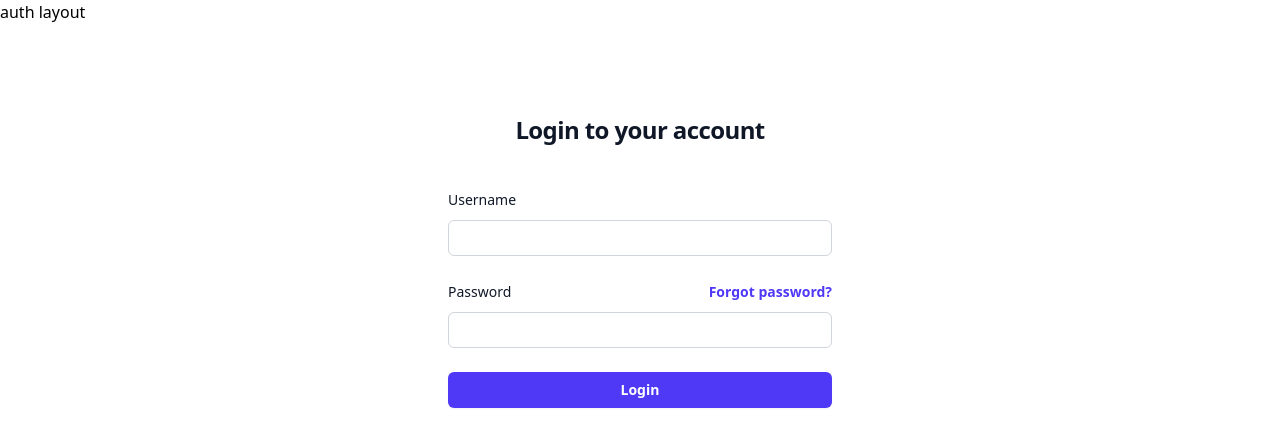
Repository: fuad303/karokhy-frontend
Page: /login
These files come from the project's save history. The page is drawn as it stood at one moment and after the next save; the edit follows.
The browser window is 1280 px wide. The pictures show the whole page.
The project was rebuilt for these pictures with package versions that can differ from the ones it lists, and the page was loaded fresh each time. Also part of the build but not shown: vite.config.ts, src/layouts/MainLayout.tsx, src/pages/Home.tsx.

Above is the page before, as saved 2025-12-08 12:32:39.

### index.html
<!doctype html>
<html lang="en">
  <head>
    <meta charset="UTF-8" />
    <link rel="icon" type="image/svg+xml" href="/vite.svg" />
    <meta name="viewport" content="width=device-width, initial-scale=1.0" />
    <title>karokhyfront</title>
  </head>
  <body>
    <div id="root"></div>
    <script type="module" src="/src/main.tsx"></script>
  </body>
</html>

### src/main.tsx
import { StrictMode } from "react";
import { createRoot } from "react-dom/client";
import "./index.css";
import { RouterProvider } from "react-router-dom";
import { router } from "./router/router";
import { AppProvider } from "./context/Context";

createRoot(document.getElementById("root")!).render(
  <StrictMode>
    <AppProvider>
      <RouterProvider router={router} />
    </AppProvider>
  </StrictMode>
);

### src/router/router.tsx
import { createBrowserRouter } from "react-router-dom";
import MainLayout from "../layouts/MainLayout";
import Home from "../pages/Home";
import Login from "../pages/Login";
import AuthLayout from "../layouts/AuthLayout";
import { Loader } from "../loader/loader";

export const router = createBrowserRouter([
  {
    element: <MainLayout />,
    children: [
      { path: "/", element: <Home />, loader: Loader.dashboardLoader },
    ],
  },
  {
    element: <AuthLayout />,
    children: [{ path: "/login", element: <Login /> }],
  },
]);

### src/context/Context.tsx
/* eslint-disable react-refresh/only-export-components */

import { createContext, useContext, useState } from "react";

interface AppContextInterface {
  backendErrorPopup: boolean;
  setBackendErrorPopup: React.Dispatch<React.SetStateAction<boolean>>;
}

const AppContext = createContext<AppContextInterface | null>(null);

export const AppProvider = ({ children }: { children: React.ReactNode }) => {
  const [backendErrorPopup, setBackendErrorPopup] = useState(false);

  return (
    <AppContext.Provider value={{ backendErrorPopup, setBackendErrorPopup }}>
      {children}
    </AppContext.Provider>
  );
};

export const useApp = () => {
  const ctx = useContext(AppContext);
  if (!ctx) throw new Error("useApp must be used inside AppProvider");
  return ctx;
};

### src/pages/Login.tsx
import LoginPage from "../components/LoginPage";

const Login = () => {
  return (
    <>
      <LoginPage />
    </>
  );
};

export default Login;

### src/layouts/AuthLayout.tsx
import { Outlet } from "react-router-dom";

const AuthLayout = () => {
  return (
    <div>
      auth layout
      <main>
        <Outlet />
      </main>
    </div>
  );
};

export default AuthLayout;

### src/loader/loader.ts
export class Loader {
  static async dashboardLoader() {
    return {
      status: 200,
      message: "Hello from loader",
    };
  }
}

### src/components/LoginPage.tsx
import React from "react";

function LoginPage() {
  return (
    <div>
      <div className="flex min-h-full flex-col justify-center px-6 py-12 lg:px-8">
        <div className="sm:mx-auto sm:w-full sm:max-w-sm">
          <h2 className="mt-10 text-center text-2xl/9 font-bold tracking-tight text-gray-900 white:text-black">
            Login to your account
          </h2>
        </div>

        <div className="mt-10 sm:mx-auto sm:w-full sm:max-w-sm">
          <form action="#" method="POST" className="space-y-6">
            <div>
              <label
                for="username"
                class="block text-sm/6 font-medium text-gray-900 dark:text-gray-100"
              >
                Username
              </label>
              <div className="mt-2">
                <input
                  id="email"
                  type="email"
                  name="email"
                  required
                  autocomplete="email"
                  class="block w-full rounded-md bg-white px-3 py-1.5 text-base text-gray-900 outline-1 -outline-offset-1 outline-gray-300 placeholder:text-gray-400 focus:outline-2 focus:-outline-offset-2 focus:outline-indigo-600 sm:text-sm/6 dark:bg-white/5 dark:text-white dark:outline-white/10 dark:placeholder:text-gray-500 dark:focus:outline-indigo-500"
                />
              </div>
            </div>

            <div>
              <div className="flex items-center justify-between">
                <label
                  for="password"
                  class="block text-sm/6 font-medium text-gray-900 dark:text-gray-100"
                >
                  Password
                </label>
                <div className="text-sm">
                  <a
                    href="#"
                    className="font-semibold text-indigo-600 hover:text-indigo-500 dark:text-indigo-400 dark:hover:text-indigo-300"
                  >
                    Forgot password?
                  </a>
                </div>
              </div>
              <div className="mt-2">
                <input
                  id="password"
                  type="password"
                  name="password"
                  required
                  autocomplete="current-password"
                  class="block w-full rounded-md bg-white px-3 py-1.5 text-base text-gray-900 outline-1 -outline-offset-1 outline-gray-300 placeholder:text-gray-400 focus:outline-2 focus:-outline-offset-2 focus:outline-indigo-600 sm:text-sm/6 dark:bg-white/5 dark:text-white dark:outline-white/10 dark:placeholder:text-gray-500 dark:focus:outline-indigo-500"
                />
              </div>
            </div>

            <div>
              <button
                type="submit"
                className="flex w-full justify-center rounded-md bg-indigo-600 px-3 py-1.5 text-sm/6 font-semibold text-white shadow-xs hover:bg-indigo-500 focus-visible:outline-2 focus-visible:outline-offset-2 focus-visible:outline-indigo-600 dark:bg-indigo-500 dark:shadow-none dark:hover:bg-indigo-400 dark:focus-visible:outline-indigo-500"
              >
                Login
              </button>
            </div>
          </form>
        </div>
      </div>
    </div>
  );
}

export default LoginPage;

Loaded but not shown: src/index.css (common file)

After the next save:
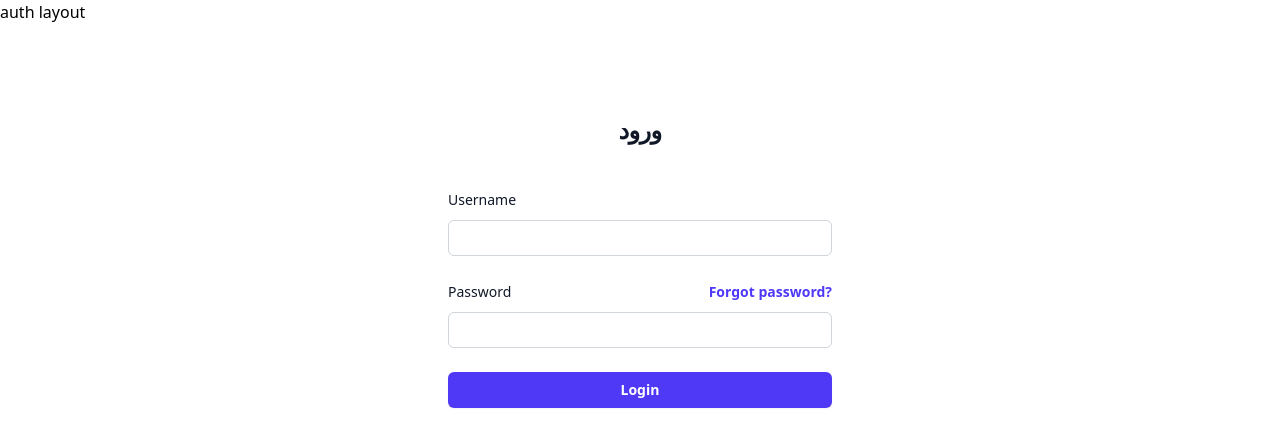
Saved 51 s later.
--- a/src/components/LoginPage.tsx
+++ b/src/components/LoginPage.tsx
@@ -6,7 +6,7 @@ function LoginPage() {
       <div className="flex min-h-full flex-col justify-center px-6 py-12 lg:px-8">
         <div className="sm:mx-auto sm:w-full sm:max-w-sm">
           <h2 className="mt-10 text-center text-2xl/9 font-bold tracking-tight text-gray-900 white:text-black">
-            Login to your account
+            ورود
           </h2>
         </div>
 
